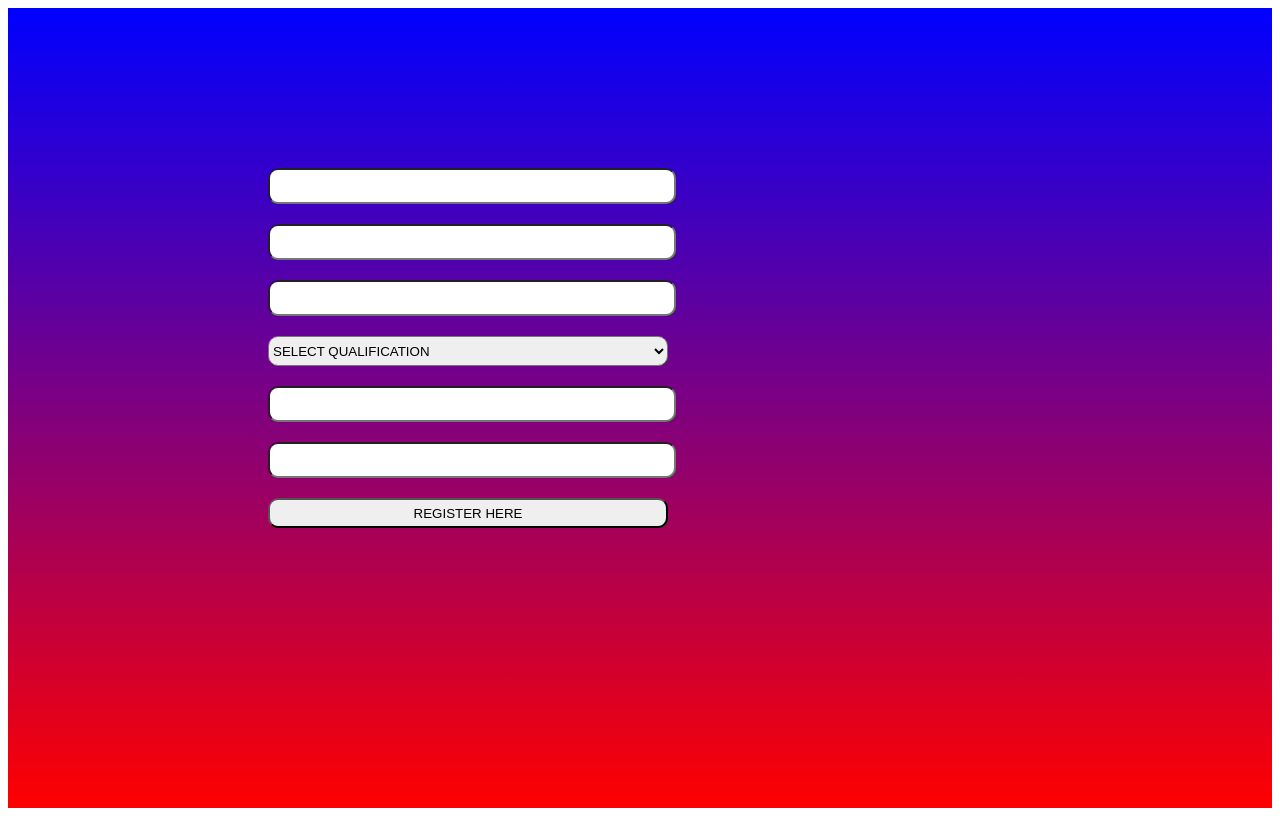
Repository: vaibhaokamble/MY_INSTITUTE_PUNE
Page: SERVLET/RegistrationApplication/src/main/webapp/register.html
The author's editor kept a copy of each file at every save. The page is drawn from the files as they stood at one save, then again after the next save.
The browser window is 1280 px wide. The pictures show the whole page.

Above is the page before, as saved 2022-10-18 04:34:51.

After the next save:
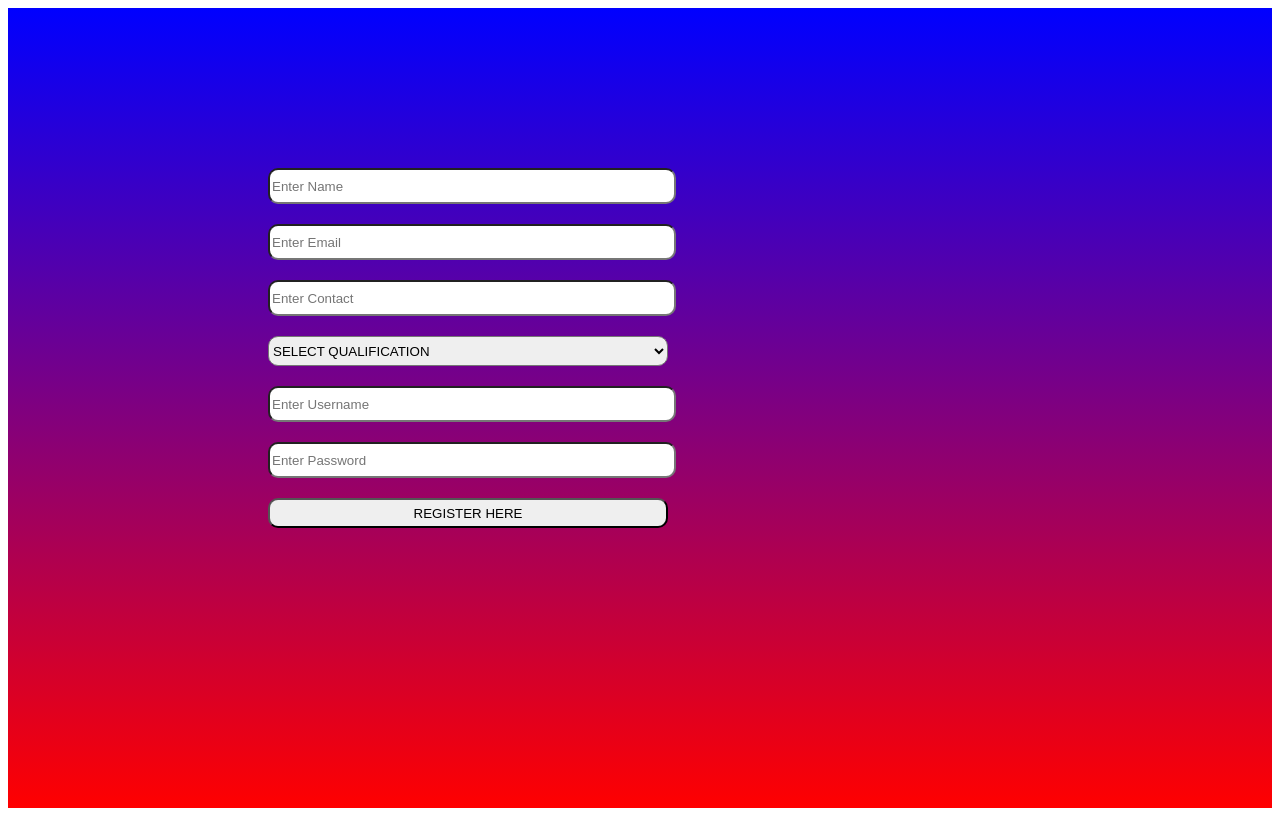
Saved 3 min 6 s later.
--- a/SERVLET/RegistrationApplication/src/main/webapp/register.html
+++ b/SERVLET/RegistrationApplication/src/main/webapp/register.html
@@ -8,9 +8,9 @@
 <body>
 <div class="container">
 <ul>
-	<li> <input type='text' name='name' value='' class='control'/></li>
-	<li> <input type='text' name='email' value=''class='control'/></li>
-	<li> <input type='text' name='contact' value=''class='control'/></li>
+	<li> <input type='text' name='name' value='' class='control' placeholder='Enter Name'/></li>
+	<li> <input type='text' name='email' value=''class='control' placeholder='Enter Email'/></li>
+	<li> <input type='text' name='contact' value=''class='control' placeholder='Enter Contact'/></li>
 	<li> <select name='qual' class='control'>
 		<option> SELECT QUALIFICATION </option>
 		<option> MCA</option>
@@ -18,8 +18,8 @@
 		<option>12TH</option>
 		<option>10TH</option>
 	</select></li>
-	<li><input type='text' name='username' value=''class='control'/></li>
-	<li><input type='text' name='password' value=''class='control'/></li>
+	<li><input type='text' name='username' value=''class='control' placeholder='Enter Username'/></li>
+	<li><input type='text' name='password' value=''class='control' placeholder='Enter Password'></li>
 	<li><input type='submit' name='s' value='REGISTER HERE'class='control'/></li>
 
 </ul>
